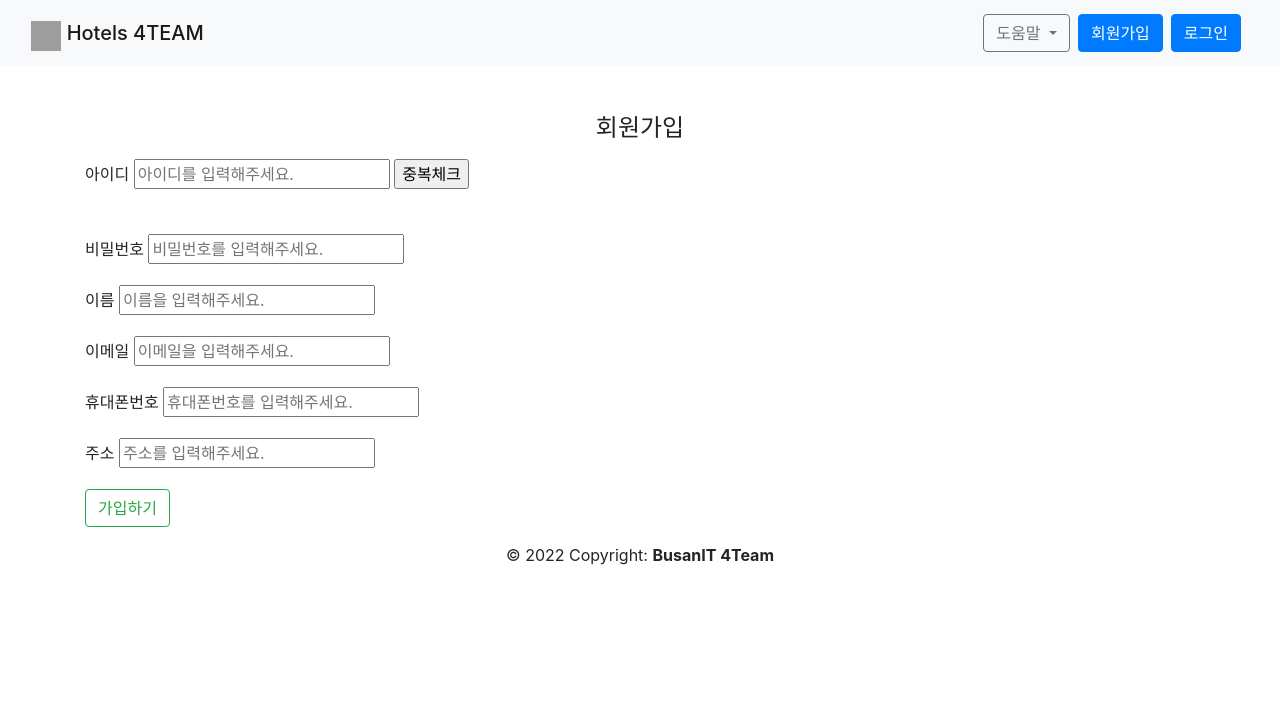
Repository: ShinKioh/Hotel_project
Page: http://localhost/HOTEL/register.jsp
These files come from the project's save history. The page is drawn as it stood at one moment and after the next save; the edit follows.
The browser window is 1280 px wide. The pictures show the whole page.
Pictures or frames that could not be fetched are drawn as grey boxes. The page is served by Tomcat 9.

Above is the page before, as saved 2022-02-23 02:14:18.

After the next save:
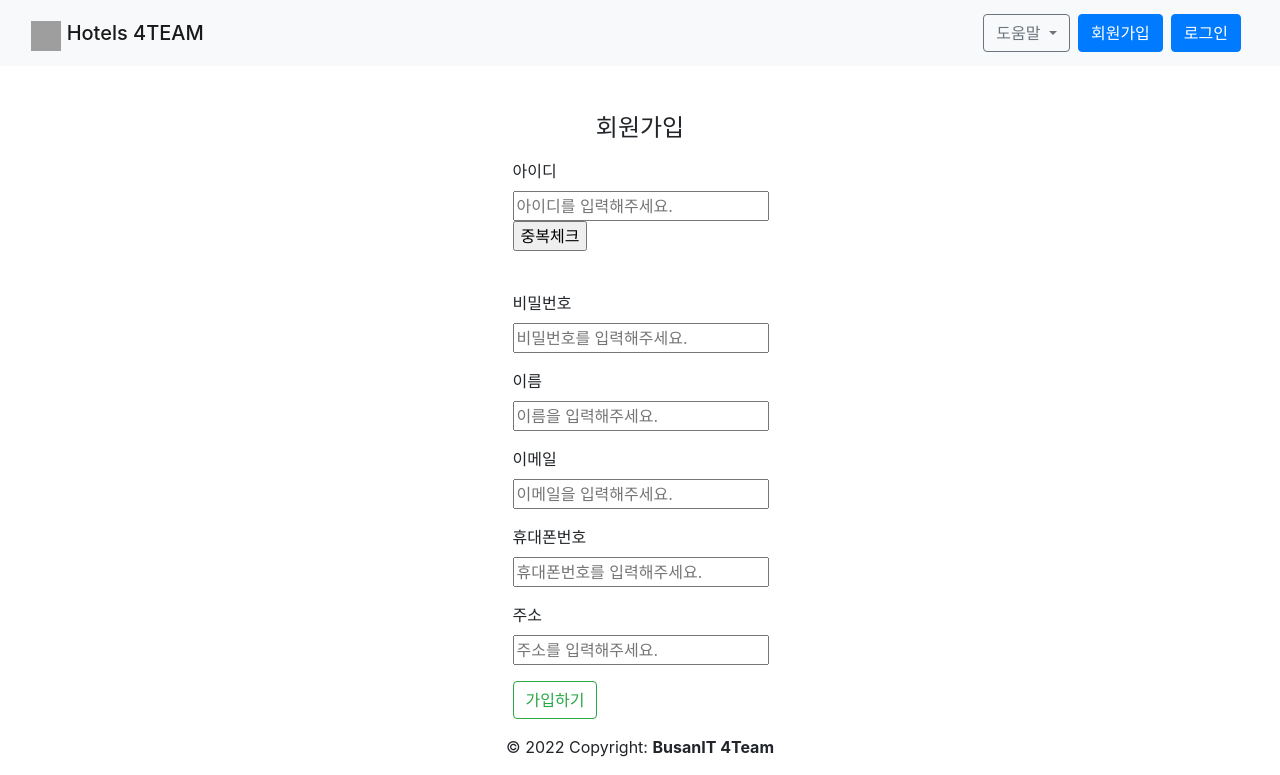
Saved 9 s later.
--- a/HOTEL/WebContent/register.jsp
+++ b/HOTEL/WebContent/register.jsp
@@ -36,7 +36,7 @@
 	</header>
 	<div class="container">
 		<div class="row mt-5">
-			<div class="col-md-12 mx-auto">
+			<div class="col-md-3 mx-auto">
 				<h4 class="text-center mb-3">회원가입</h4>
 				<form action="<%=request.getContextPath()%>/register" method="post">
 					<div class="form-group">
